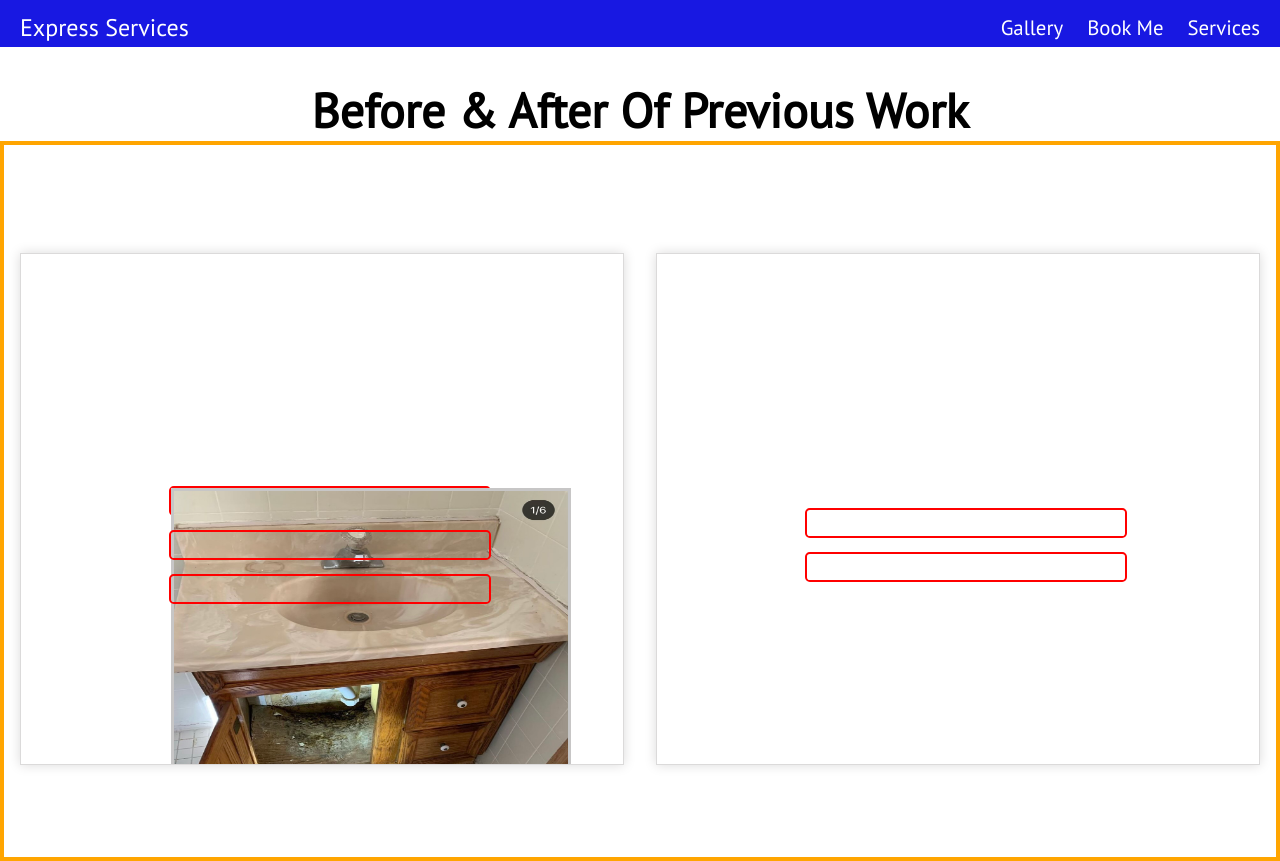
Repository: DrummerDee/mir-miami
Page: /Gallery (app in mr-miami/)
These files come from the project's save history. The page is drawn as it stood at one moment and after the next save; the edit follows.
The browser window is 1280 px wide. The pictures show the whole page.
An inner scrolling area shows only its first screen. The project was rebuilt for these pictures with package versions that can differ from the ones it lists, and the page was loaded fresh each time. Also part of the build but not shown: mr-miami/src/Components/Services.js, mr-miami/src/Components/Homepage.js, mr-miami/src/Styles/Calendar.css, mr-miami/src/Components/Times.js, mr-miami/src/Components/Time.js, mr-miami/src/Components/BookMe.js.

Above is the page before, as saved 2022-09-09 13:28:30.

After the next save:
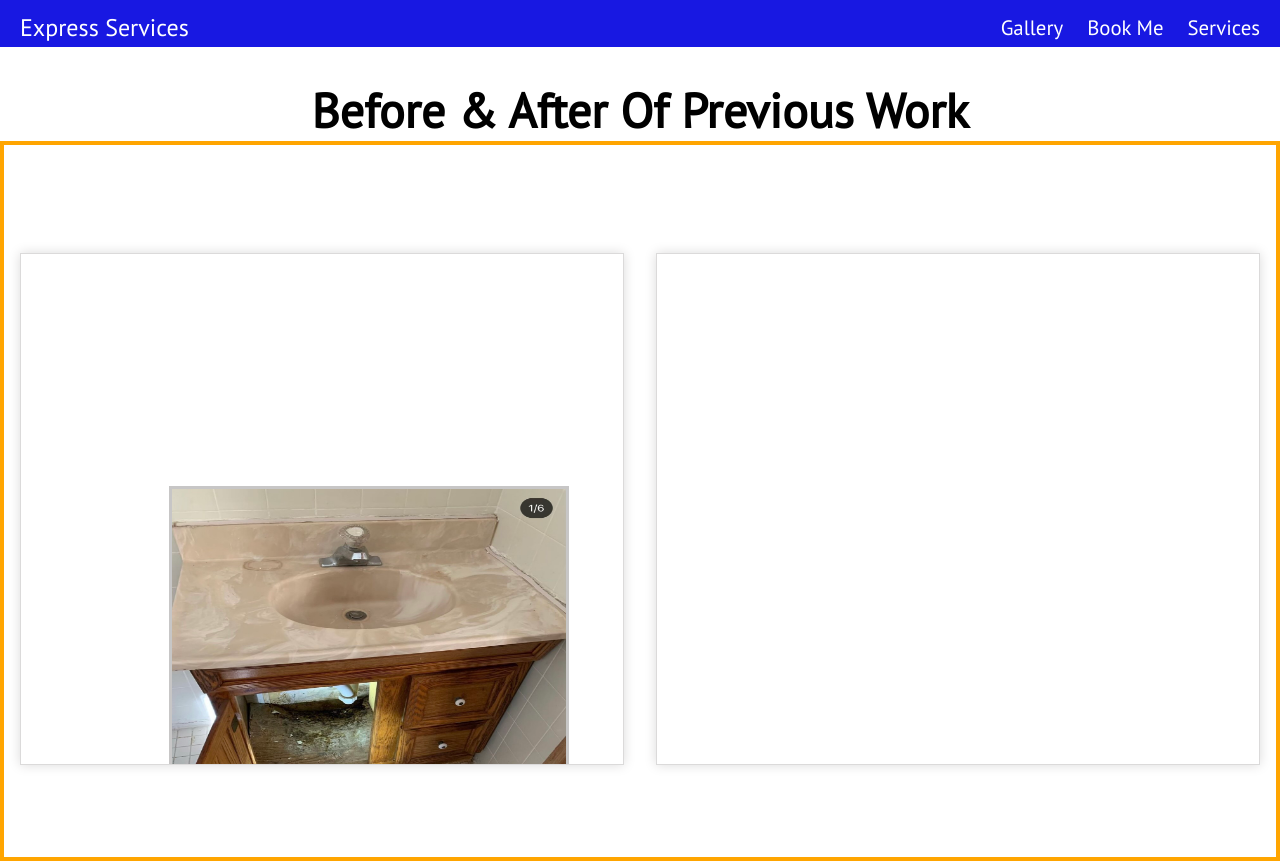
Saved 22 s later.
--- a/mr-miami/src/Styles/App.css
+++ b/mr-miami/src/Styles/App.css
@@ -28,7 +28,6 @@
   border-radius: 0.3rem;
   position: relative;
   height: 50%;
-  border: red 2px solid;
 }
 img{
   transition: all linear 0.6s;
